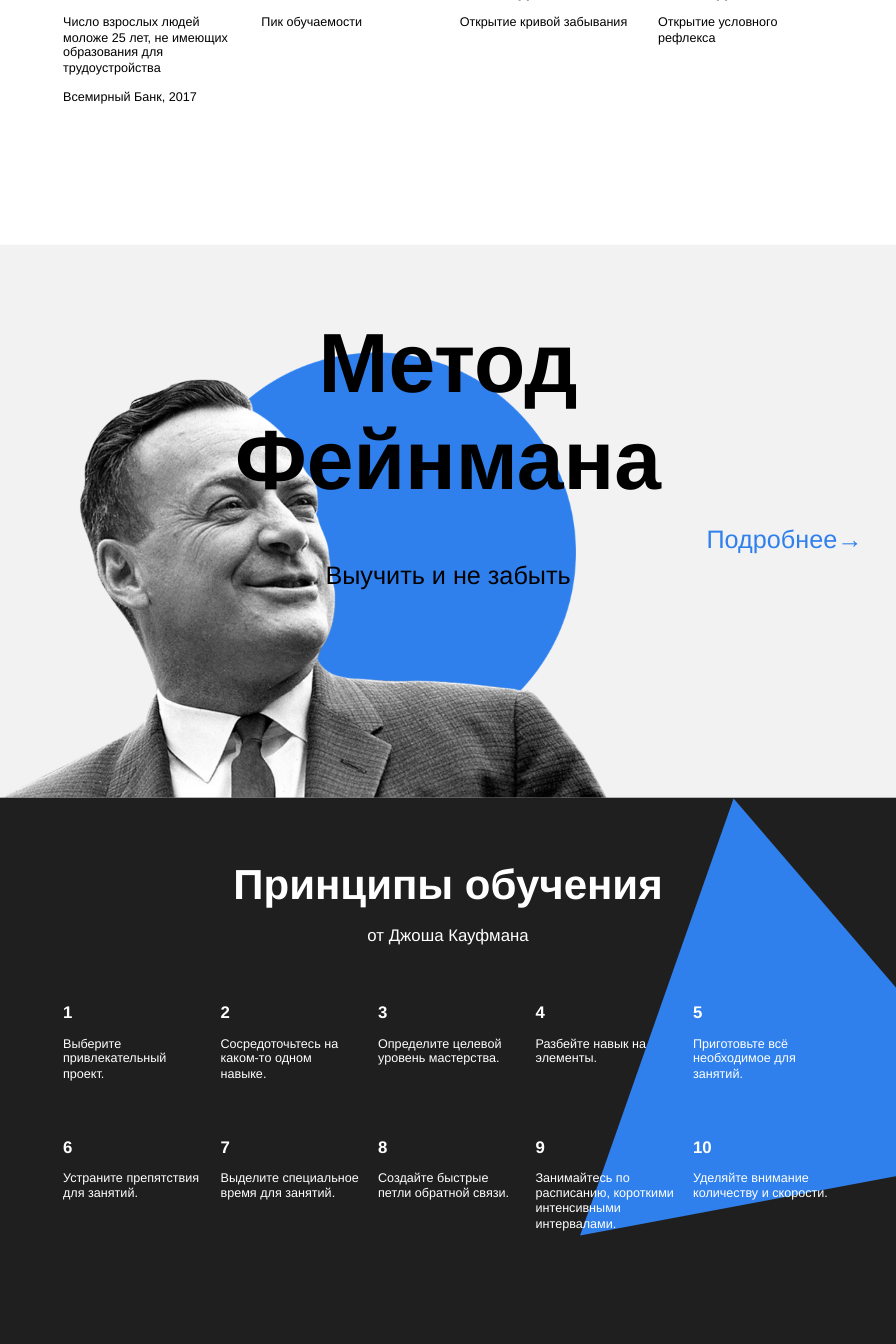
Repository: artemrgrs/how-to-learn
Page: index.html
An editor plug-in stored every save of this project. The page is shown before and after the next save, followed by the edit.
The browser window is 1280 px wide. The pictures show the part of the page from y = 1721 to 3641 px (the page is 4020 px tall before and 3920 px after), at 70% of full size.

Above is the page before, as saved 2020-12-25 10:55:22.

After the next save:
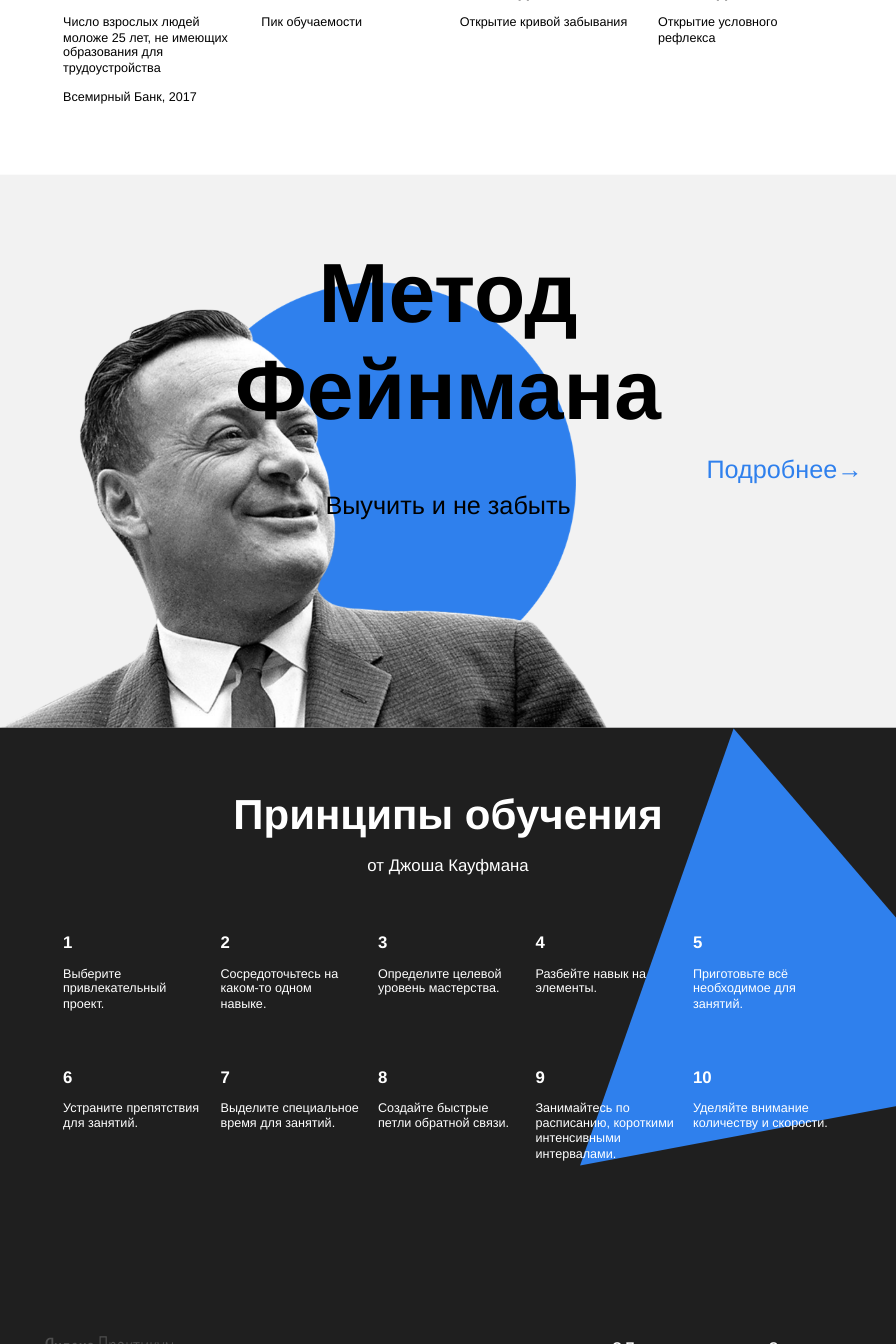
Saved 33 s later.
--- a/styles/style.css
+++ b/styles/style.css
@@ -137,7 +137,6 @@
   flex-direction: column;
   align-items: center;
   text-align: center;
-  padding-bottom: 100px;
 }
 
 .section-title {
